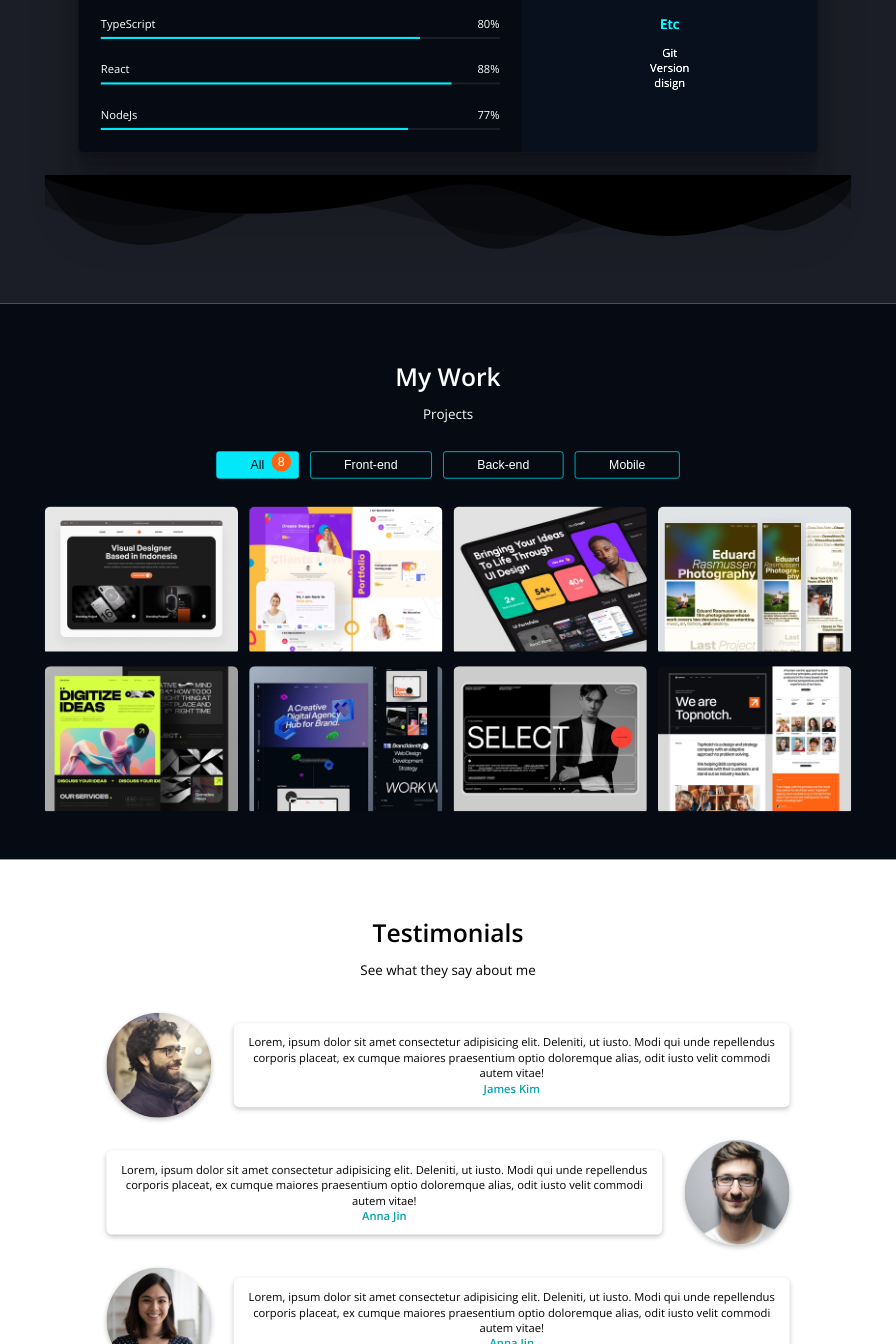
Repository: Iimchaehoon/portfollio
Page: index.html
The author's editor kept a copy of each file at every save. The page is drawn from the files as they stood at one save, then again after the next save.
The browser window is 1280 px wide. The pictures show the part of the page from y = 1854 to 3774 px (the page is 4267 px tall before and 4147 px after), at 70% of full size.
Some web libraries are served in a nearby version.

Above is the page before, as saved 2023-07-18 21:53:56.

### index.html
<!-- 포트폴리오 프로젝트 시작 -->
<!DOCTYPE html>
<html lang="en">
  <head>
    <meta charset="UTF-8" />
    <meta name="viewport" content="width=device-width, initial-scale=1.0" />
    <!-- SEO -->
    <title>ChaeHoon&#39;s Portfolio</title>
    <meta name="description" content="Portfolio for ChaeHoon " />
    <meta name="autohor" content="LimChaeHoon" />
    <!-- favicon -->
    <link rel="shortcut icon" href="images/favicon.ico" type="image/x-icon" />
    <!-- OG(Open Graph data) -->
    <meta property="og:title" content="채훈의 포트폴리오" />
    <meta property="og:type" content="website" />
    <!-- OG URL이미지 -->
    <meta property="og:url" content="http://chaehoon.com/" />
    <!-- OG 이미지 -->
    <meta property="og:image" content="http://chaehoon.com/images/og.webp" />
    <!-- Google Fonts -->
    <link
      href="https://fonts.googleapis.com/css2?family=DM+Sans:wght@400;700&family=Lato&family=Mulish&family=Noto+Sans+KR:wght@100;300;400;500;700&family=Open+Sans:wght@400;600&display=swap"
      rel="stylesheet"
    />
    <!-- Font Awesome -->
    <script
      src="https://kit.fontawesome.com/1e606f2a97.js"
      crossorigin="anonymous"
    ></script>
    <!-- CSS -->
    <link rel="stylesheet" href="css/style.css" />
    <!-- JavaScript -->
    <script type="module" src="src/main.js" defer></script>
    <script type="module" src="src/projects.js" defer></script>
    <script type="module" src="src/active_menu.js" defer></script>
    <!-- defer: html문서를 분석 후 script다운로드 실행 -->
    <!-- type= "module" => 자바스크립트 파일 모듈화(다른 js파일에서 접근 못함) -->
  </head>
  <body>
    <!-- Header -->
    <header class="header">
      <div class="header__logo">
        <img class="header__logo__img" src="images/favicon.ico" alt="logo" />
        <h1 class="header__logo__title"><a href="#">LimChaeHoon</a></h1>
      </div>
      <nav class="header__nav">
        <ul class="header__menu">
          <li><a class="header__menu__item active" href="#home">Home</a></li>
          <li><a class="header__menu__item" href="#about">About</a></li>
          <li><a class="header__menu__item" href="#skills">Skills</a></li>
          <li><a class="header__menu__item" href="#work">My work</a></li>
          <li>
            <a class="header__menu__item" href="#testimonial">Testimonial</a>
          </li>
          <li><a class="header__menu__item" href="#contact">Contact</a></li>
        </ul>
      </nav>
      <button class="header__toggle" aria-label="navigation menu toggle">
        <i class="fa-solid fa-bars"></i>
      </button>
    </header>
    <!-- Main -->
    <main>
      <!-- Home -->
      <section id="home">
        <div class="home__container">
          <img
            class="home__avatar"
            src="images/profile.png"
            alt="chaehoon's profile"
          />
          <h2 class="home__title">
            Hello <br />
            I&#39;m
            <strong class="home__title--strong">Web Developer</strong
            >&#44;ChaeHoon
          </h2>
          <p class="home__description">
            A software engineer currently residing in Seoul
          </p>
          <a class="home__contact" href="#contact">Contact Me</a>
        </div>
        <div class="custom-shape-divider-bottom-1689682790">
          <svg
            data-name="Layer 1"
            xmlns="http://www.w3.org/2000/svg"
            viewBox="0 0 1200 120"
            preserveAspectRatio="none"
          >
            <path
              d="M321.39,56.44c58-10.79,114.16-30.13,172-41.86,82.39-16.72,168.19-17.73,250.45-.39C823.78,31,906.67,72,985.66,92.83c70.05,18.48,146.53,26.09,214.34,3V0H0V27.35A600.21,600.21,0,0,0,321.39,56.44Z"
              class="shape-fill"
            ></path>
          </svg>
        </div>
      </section>

      <!-- About -->
      <section id="about" class="section max-container">
        <h2 class="title">About me</h2>
        <p class="description">
          Lorem ipsum dolor sit amet consectetur adipisicing elit. Ab quis
          facere voluptatum similique veniam tempore dolore natus fuga culpa
          porro perspiciatis sequi, voluptatibus provident pariatur cumque sit,
          commodi fugit minima.
        </p>
        <ul class="majors">
          <li class="major">
            <i class="fa-brands fa-html5 major__icon"></i>
            <p class="major__title">Front-end</p>
            <p>HTML,CSS,JavaScript</p>
          </li>
          <li class="major">
            <i class="fa-solid fa-mobile major__icon"></i>
            <p class="major__title">Mobile</p>
            <p>Android,Java</p>
          </li>
          <li class="major">
            <i class="fa-solid fa-server major__icon"></i>
            <p class="major__title">Back-end</p>
            <p>Java,JavaScript</p>
          </li>
        </ul>
        <ul class="jobs">
          <li class="job">
            <img src="images/jobs/sungkyul.png" alt="sungkyul university" />
            <div>
              <p class="job__name">My major is computer engineering</p>
            </div>
          </li>
          <li class="job">
            <img src="images/jobs/ABeek.jpg" alt="abeek" />
            <div>
              <p class="job__name">
                Completion of ABeek (engineering certification)
              </p>
            </div>
          </li>
        </ul>
      </section>
      <!-- My skills -->
      <section id="skills" class="section">
        <div class="max-container">
          <h2 class="title">My Skills</h2>
          <p class="description">Skills & Attributes</p>
          <p>
            Lorem ipsum dolor sit amet consectetur, adipisicing elit. Optio quis
            itaque aliquid quidem cum doloremque porro impedit, qui in soluta
            blanditiis excepturi nihil eveniet ipsa et ducimus eius dolor iste.
          </p>
          <div class="skills-container">
            <section class="skills__coding">
              <h3 class="skills__title">Coding Skills</h3>
              <ul>
                <li class="bar">
                  <div class="bar__metadata">
                    <span>HTML</span><span>98%</span>
                  </div>
                  <div class="bar__bg">
                    <div class="bar__value" style="width: 98%"></div>
                  </div>
                </li>
                <li class="bar">
                  <div class="bar__metadata">
                    <span>CSS</span><span>90%</span>
                  </div>
                  <div class="bar__bg">
                    <div class="bar__value" style="width: 90%"></div>
                  </div>
                </li>
                <li class="bar">
                  <div class="bar__metadata">
                    <span>JavaScript</span><span>90%</span>
                  </div>
                  <div class="bar__bg">
                    <div class="bar__value" style="width: 90%"></div>
                  </div>
                </li>
                <li class="bar">
                  <div class="bar__metadata">
                    <span>TypeScript</span><span>80%</span>
                  </div>
                  <div class="bar__bg">
                    <div class="bar__value" style="width: 80%"></div>
                  </div>
                </li>
                <li class="bar">
                  <div class="bar__metadata">
                    <span>React</span><span>88%</span>
                  </div>
                  <div class="bar__bg">
                    <div class="bar__value" style="width: 88%"></div>
                  </div>
                </li>
                <li class="bar">
                  <div class="bar__metadata">
                    <span>NodeJs</span><span>77%</span>
                  </div>
                  <div class="bar__bg">
                    <div class="bar__value" style="width: 77%"></div>
                  </div>
                </li>
              </ul>
            </section>
            <section class="skills__tools">
              <h3 class="skills__title">Tools</h3>
              <ul>
                <li>Visual Studio Code</li>
                <li>Eclipse</li>
                <li>Spring</li>
                <li>Android Studio</li>
              </ul>
            </section>
            <section class="skills__etc">
              <h3 class="skills__title">Etc</h3>
              <ul>
                <li>Git</li>
                <li>Version</li>
                <li>disign</li>
              </ul>
            </section>
          </div>
        </div>
        <div class="custom-shape-divider-top-1689684565">
          <svg
            data-name="Layer 1"
            xmlns="http://www.w3.org/2000/svg"
            viewBox="0 0 1200 120"
            preserveAspectRatio="none"
          >
            <path
              d="M0,0V46.29c47.79,22.2,103.59,32.17,158,28,70.36-5.37,136.33-33.31,206.8-37.5C438.64,32.43,512.34,53.67,583,72.05c69.27,18,138.3,24.88,209.4,13.08,36.15-6,69.85-17.84,104.45-29.34C989.49,25,1113-14.29,1200,52.47V0Z"
              opacity=".25"
              class="shape-fill"
            ></path>
            <path
              d="M0,0V15.81C13,36.92,27.64,56.86,47.69,72.05,99.41,111.27,165,111,224.58,91.58c31.15-10.15,60.09-26.07,89.67-39.8,40.92-19,84.73-46,130.83-49.67,36.26-2.85,70.9,9.42,98.6,31.56,31.77,25.39,62.32,62,103.63,73,40.44,10.79,81.35-6.69,119.13-24.28s75.16-39,116.92-43.05c59.73-5.85,113.28,22.88,168.9,38.84,30.2,8.66,59,6.17,87.09-7.5,22.43-10.89,48-26.93,60.65-49.24V0Z"
              opacity=".5"
              class="shape-fill"
            ></path>
            <path
              d="M0,0V5.63C149.93,59,314.09,71.32,475.83,42.57c43-7.64,84.23-20.12,127.61-26.46,59-8.63,112.48,12.24,165.56,35.4C827.93,77.22,886,95.24,951.2,90c86.53-7,172.46-45.71,248.8-84.81V0Z"
              class="shape-fill"
            ></path>
          </svg>
        </div>
      </section>
      <!-- My work -->
      <section id="work" class="section">
        <div class="max-container">
          <h2 class="title">My Work</h2>
          <p class="description">Projects</p>
          <ul class="categories">
            <li>
              <button class="category category--selected" data-category="all">
                All <span class="category__count">8</span>
              </button>
            </li>
            <li>
              <button class="category" data-category="front-end">
                Front-end <span class="category__count">3</span>
              </button>
            </li>
            <li>
              <button class="category" data-category="back-end">
                Back-end <span class="category__count">3</span>
              </button>
            </li>
            <li>
              <button class="category" data-category="mobile">
                Mobile <span class="category__count">2</span>
              </button>
            </li>
          </ul>
          <ul class="projects">
            <li class="project" data-type="front-end">
              <a href="#" target="_blank"
                ><img
                  src="images/projects/project1.webp"
                  alt="project1"
                  class="project__img"
                />
                <div class="project__metadata">
                  <h3 class="project__title">Project #1</h3>

                  <p>Clone Coding with HTML</p>
                </div></a
              >
            </li>
            <li class="project" data-type="front-end">
              <a href="#" target="_blank"
                ><img
                  src="images/projects/project2.webp"
                  alt="project2"
                  class="project__img"
                />
                <div class="project__metadata">
                  <h3 class="project__title">Project #2</h3>
                  <p>Clone Coding with HTML,CSS</p>
                </div></a
              >
            </li>
            <li class="project" data-type="front-end">
              <a href="#" target="_blank"
                ><img
                  src="images/projects/project3.webp"
                  alt="project3"
                  class="project__img"
                />
                <div class="project__metadata">
                  <h3 class="project__title">Project #3</h3>
                  <p>Clone Coding with HTML</p>
                </div></a
              >
            </li>
            <li class="project" data-type="back-end">
              <a href="#" target="_blank"
                ><img
                  src="images/projects/project4.webp"
                  alt="project4"
                  class="project__img"
                />
                <div class="project__metadata">
                  <h3 class="project__title">Project #4</h3>
                  <p>Clone Coding with HTML</p>
                </div></a
              >
            </li>
            <li class="project" data-type="back-end">
              <a href="#" target="_blank"
                ><img
                  src="images/projects/project5.webp"
                  alt="project5"
                  class="project__img"
                />
                <div class="project__metadata">
                  <h3 class="project__title">Project #5</h3>
                  <p>Clone Coding with HTML</p>
                </div></a
              >
            </li>
            <li class="project" data-type="back-end">
              <a href="#" target="_blank"
                ><img
                  src="images/projects/project6.webp"
                  alt="project6"
                  class="project__img"
                />
                <div class="project__metadata">
                  <h3 class="project__title">Project #6</h3>
                  <p>Clone Coding with HTML</p>
                </div></a
              >
            </li>
            <li class="project" data-type="mobile">
              <a href="#" target="_blank"
                ><img
                  src="images/projects/project7.webp"
                  alt="project7"
                  class="project__img"
                />
                <div class="project__metadata">
                  <h3 class="project__title">Project #7</h3>
                  <p>Clone Coding with HTML</p>
                </div></a
              >
            </li>
            <li class="project" data-type="mobile">
              <a href="#" target="_blank"
                ><img
                  src="images/projects/project8.webp"
                  alt="project8"
                  class="project__img"
                />
                <div class="project__metadata">
                  <h3 class="project__title">Project #8</h3>
                  <p>Clone Coding with HTML</p>
                </div></a
              >
            </li>
          </ul>
        </div>
      </section>
      <!-- Testimonials -->
      <section id="testimonial" class="section max-container">
        <h2 class="title">Testimonials</h2>
        <p class="description">See what they say about me</p>
        <ul class="testimonials">
          <li class="testimonial">
            <img
              src="images/testimonials/people1.webp"
              alt="people1"
              class="testimonial__img"
            />
            <div class="testimonial__bubble">
              <p>
                Lorem, ipsum dolor sit amet consectetur adipisicing elit.
                Deleniti, ut iusto. Modi qui unde repellendus corporis placeat,
                ex cumque maiores praesentium optio doloremque alias, odit iusto
                velit commodi autem vitae!
              </p>
              <p><a href="#" class="testimonial__bubble__name">James Kim</a></p>
            </div>
          </li>
          <li class="testimonial">
            <img
              src="images/testimonials/people2.webp"
              alt="people2"
              class="testimonial__img"
            />
            <div class="testimonial__bubble">
              <p>
                Lorem, ipsum dolor sit amet consectetur adipisicing elit.
                Deleniti, ut iusto. Modi qui unde repellendus corporis placeat,
                ex cumque maiores praesentium optio doloremque alias, odit iusto
                velit commodi autem vitae!
              </p>
              <p><a href="#" class="testimonial__bubble__name">Anna Jin</a></p>
            </div>
          </li>
          <li class="testimonial">
            <img
              src="images/testimonials/people3.webp"
              alt="people3"
              class="testimonial__img"
            />
            <div class="testimonial__bubble">
              <p>
                Lorem, ipsum dolor sit amet consectetur adipisicing elit.
                Deleniti, ut iusto. Modi qui unde repellendus corporis placeat,
                ex cumque maiores praesentium optio doloremque alias, odit iusto
                velit commodi autem vitae!
              </p>
              <p><a href="#" class="testimonial__bubble__name">Anna Jin</a></p>
            </div>
          </li>
        </ul>
      </section>
      <!-- Arrow up -->
      <aside>
        <!-- a태그안에 아무런 텍스트가 없는 상황 => 스크린 리더기가 읽을 수 없음 -->
        <!-- 웹 접근성을 위해 title속성에 a태그 설명추가 => 의미전달-->
        <a href="#home" title="back to top" class="arrow-up">
          <i class="fa-solid fa-arrow-up"></i>
        </a>
      </aside>
    </main>
    <!-- footer -->
    <footer id="contact" class="section">
      <div class="max-container">
        <h2 class="title">Let &#39;s talk</h2>
        <p class="description">ch05108@naver.com</p>
        <ul class="contact__links">
          <li>
            <a
              class="contact__link"
              href="https://github.com/Iimchaehoon"
              title="chaehoon&#39;s github"
              target="_blank"
            >
              <i class="fa-brands fa-github"></i>
            </a>
            <a
              class="contact__link"
              href="mailto:ch05108@naver.com"
              title="chaehoon&#39;s mailto"
              target="_blank"
            >
              <i class="fa-solid fa-envelope-circle-check"></i>
            </a>
          </li>
        </ul>
        <p>ⓒLimChaeHoon - All rights reserved</p>
      </div>
      <div class="custom-shape-divider-top-1689682932">
        <svg
          data-name="Layer 1"
          xmlns="http://www.w3.org/2000/svg"
          viewBox="0 0 1200 120"
          preserveAspectRatio="none"
        >
          <path
            d="M649.97 0L550.03 0 599.91 54.12 649.97 0z"
            class="shape-fill"
          ></path>
        </svg>
      </div>
    </footer>
  </body>
</html>

Loaded but not shown: src/active_menu.js (55 lines, source omitted); src/main.js (48 lines, source omitted); src/projects.js (37 lines, source omitted); css/style.css (585 lines, source omitted)

After the next save:
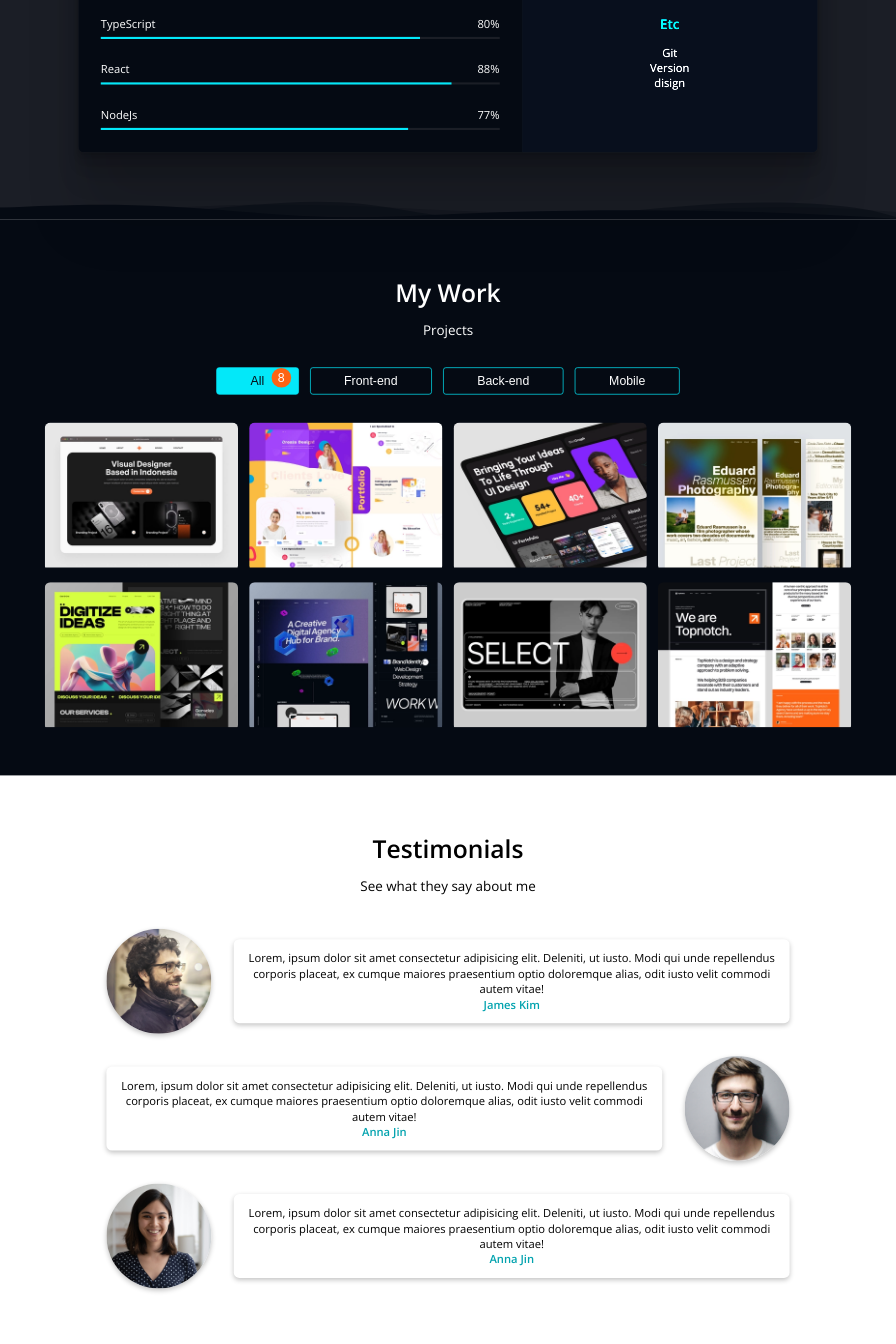
Saved 1 s later.
--- a/index.html
+++ b/index.html
@@ -221,7 +221,7 @@
             </section>
           </div>
         </div>
-        <div class="custom-shape-divider-top-1689684565">
+        <div class="custom-shape-divider-bottom-1689684818">
           <svg
             data-name="Layer 1"
             xmlns="http://www.w3.org/2000/svg"

After the save that followed:
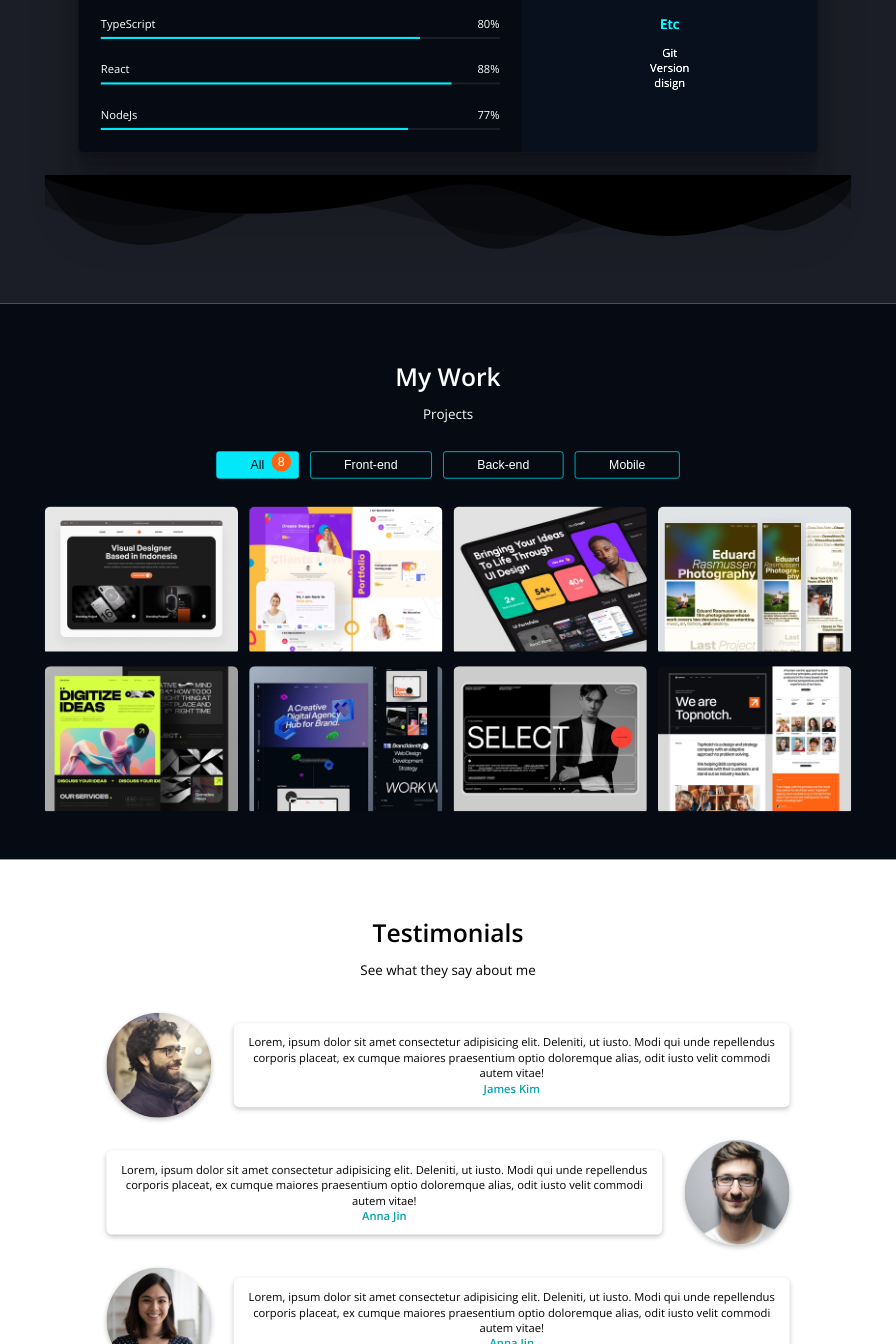
Saved 4 min 15 s later.
--- a/index.html
+++ b/index.html
@@ -221,7 +221,7 @@
             </section>
           </div>
         </div>
-        <div class="custom-shape-divider-bottom-1689684818">
+        <div class="contact__divder">
           <svg
             data-name="Layer 1"
             xmlns="http://www.w3.org/2000/svg"
